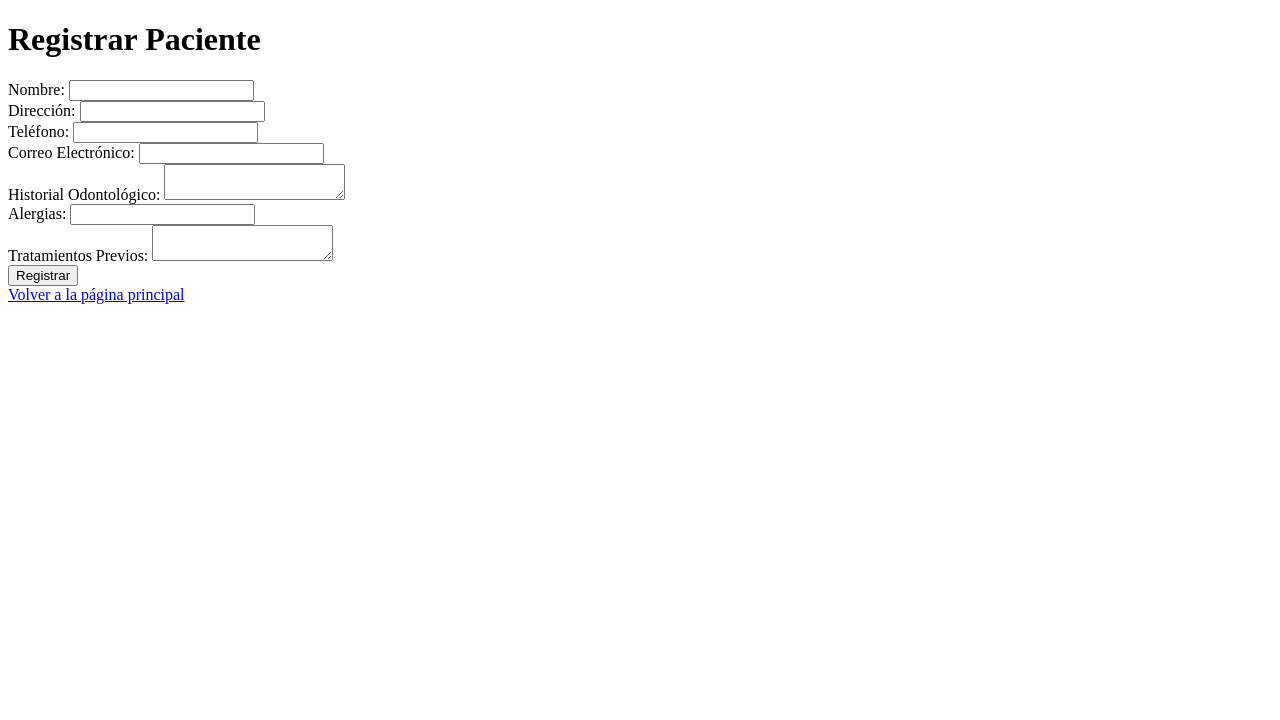
Repository: Aimarvera/LPII_EF_VeraDuran
Page: http://localhost/RegistrarPaciente
An editor plug-in stored every save of this project. The page is shown before and after a run of saves, followed by the edit.
The browser window is 1280 px wide. The pictures show the whole page.
The page is this project's Thymeleaf template; nobody is signed in. The template is opened directly, without the code that normally fills it, so the values that code supplies are empty.

Above is the page before, as saved 2024-10-24 04:30:21.

### Clinica/src/main/resources/templates/RegistrarPaciente.html
<!DOCTYPE html>
<html xmlns:th="http://www.thymeleaf.org">
<head>
    <meta charset="UTF-8">
    <title>Registrar Paciente</title>
</head>
<body>
    <h1>Registrar Paciente</h1>

    <form th:action="@{/pacientes/registrar}" th:object="${paciente}" method="post">
        <div>
            <label for="nombre">Nombre:</label>
            <input type="text" id="nombre" th:field="*{nombre}" required/>
        </div>
        <div>
            <label for="direccion">Dirección:</label>
            <input type="text" id="direccion" th:field="*{direccion}" required/>
        </div>
        <div>
            <label for="telefono">Teléfono:</label>
            <input type="text" id="telefono" th:field="*{telefono}" required/>
        </div>
        <div>
            <label for="email">Correo Electrónico:</label>
            <input type="email" id="email" th:field="*{email}" required/>
        </div>
        <div>
            <label for="historialOdontologico">Historial Odontológico:</label>
            <textarea id="historialOdontologico" th:field="*{historialOdontologico}" required></textarea>
        </div>
        <div>
            <label for="alergias">Alergias:</label>
            <input type="text" id="alergias" th:field="*{alergias}" />
        </div>
        <div>
            <label for="tratamientosPrevios">Tratamientos Previos:</label>
            <textarea id="tratamientosPrevios" th:field="*{tratamientosPrevios}"></textarea>
        </div>

        <div>
            <button type="submit">Registrar</button>
        </div>
    </form>

    <a th:href="@{/}">Volver a la página principal</a>
</body>
</html>

### Clinica/src/main/resources/static/Registrarpacientes.css
/* Estilos generales */
body {
    font-family: Arial, sans-serif;
    background-color: #f4f4f4;
    margin: 0;
    padding: 20px;
}

/* Título principal */
h1 {
    color: #333;
    text-align: center;
}

/* Estilos del formulario */
form {
    background-color: #fff; /* Color de fondo del formulario */
    border-radius: 8px; /* Bordes redondeados */
    box-shadow: 0 2px 5px rgba(0, 0, 0, 0.2); /* Sombra del formulario */
    padding: 20px; /* Espaciado interno */
    max-width: 500px; /* Ancho máximo del formulario */
    margin: 20px auto; /* Centra el formulario en la página */
}

/* Estilos para cada elemento del formulario */
div {
    margin-bottom: 15px; /* Espacio entre los campos del formulario */
}

label {
    display: block; /* Hace que las etiquetas ocupen todo el ancho */
    margin-bottom: 5px; /* Espacio entre la etiqueta y el campo */
    color: #555; /* Color del texto de las etiquetas */
}

input[type="text"],
input[type="email"],
textarea {
    width: 100%; /* Ancho completo para los campos de entrada */
    padding: 10px; /* Espaciado interno */
    border: 1px solid #ccc; /* Borde del campo */
    border-radius: 4px; /* Bordes redondeados */
    font-size: 16px; /* Tamaño de fuente */
}

/* Estilos para el botón */
button {
    background-color: #4CAF50; /* Color de fondo del botón */
    color: white; /* Color del texto del botón */
    border: none; /* Sin borde */
    padding: 10px 15px; /* Espaciado interno */
    border-radius: 4px; /* Bordes redondeados */
    cursor: pointer; /* Cambia el cursor al pasar el mouse */
    font-size: 16px; /* Tamaño de fuente */
}

button:hover {
    background-color: #45a049; /* Color al pasar el mouse */
}

/* Enlace para volver */
a {
    display: block; /* Hace que el enlace ocupe todo el ancho */
    text-align: center; /* Centra el texto */
    margin-top: 20px; /* Espacio arriba del enlace */
    text-decoration: none; /* Quita el subrayado */
    color: #4CAF50; /* Color del enlace */
}

a:hover {
    text-decoration: underline; /* Subrayado al pasar el mouse */
}

After the next 2 saves:
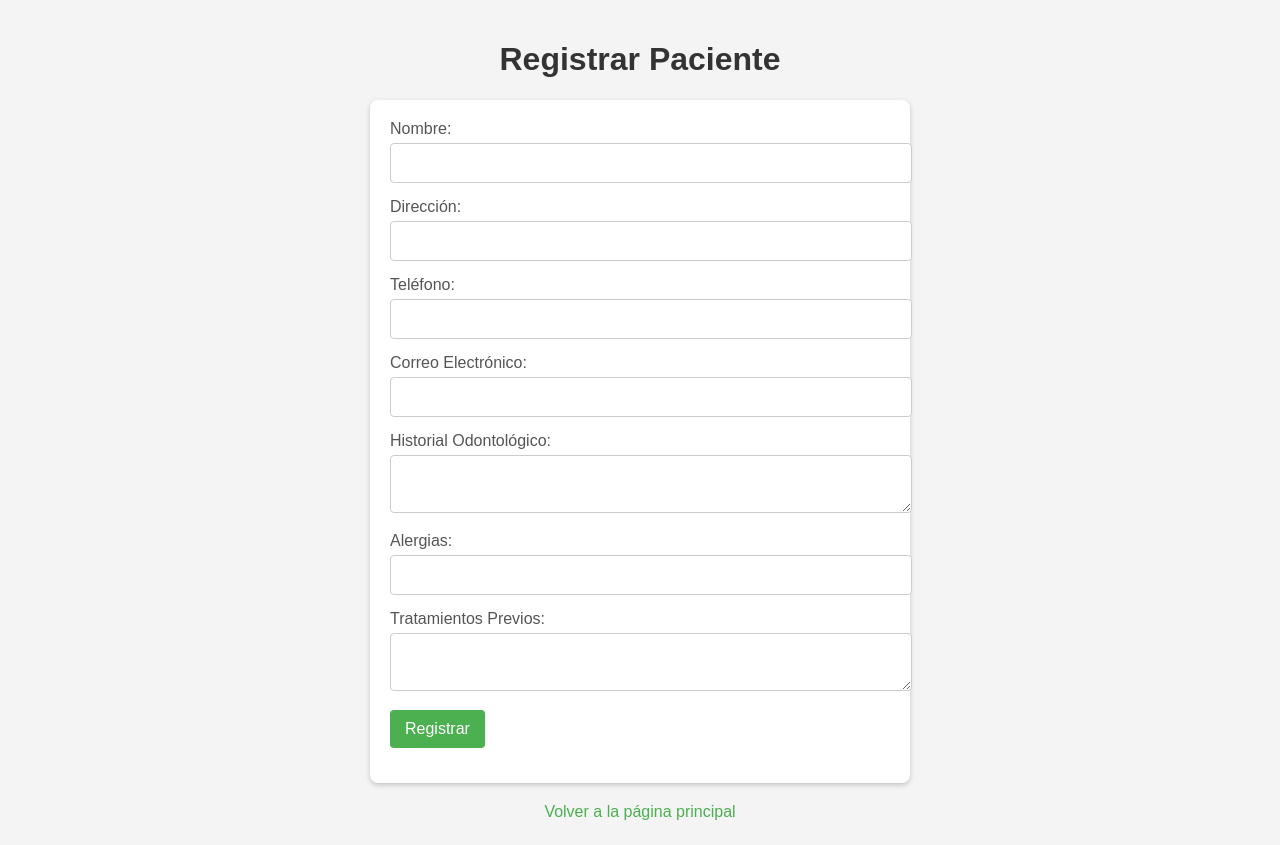
The 2 saves are shown as one change because they came seconds apart.
The last was saved 20 s later.
--- a/Clinica/src/main/resources/templates/RegistrarPaciente.html
+++ b/Clinica/src/main/resources/templates/RegistrarPaciente.html
@@ -3,6 +3,7 @@
 <head>
     <meta charset="UTF-8">
     <title>Registrar Paciente</title>
+    <link rel="stylesheet" type="text/css" th:href="@{/css/Registrarpacientes.css}"/> <!-- Enlace al CSS -->
 </head>
 <body>
     <h1>Registrar Paciente</h1>
